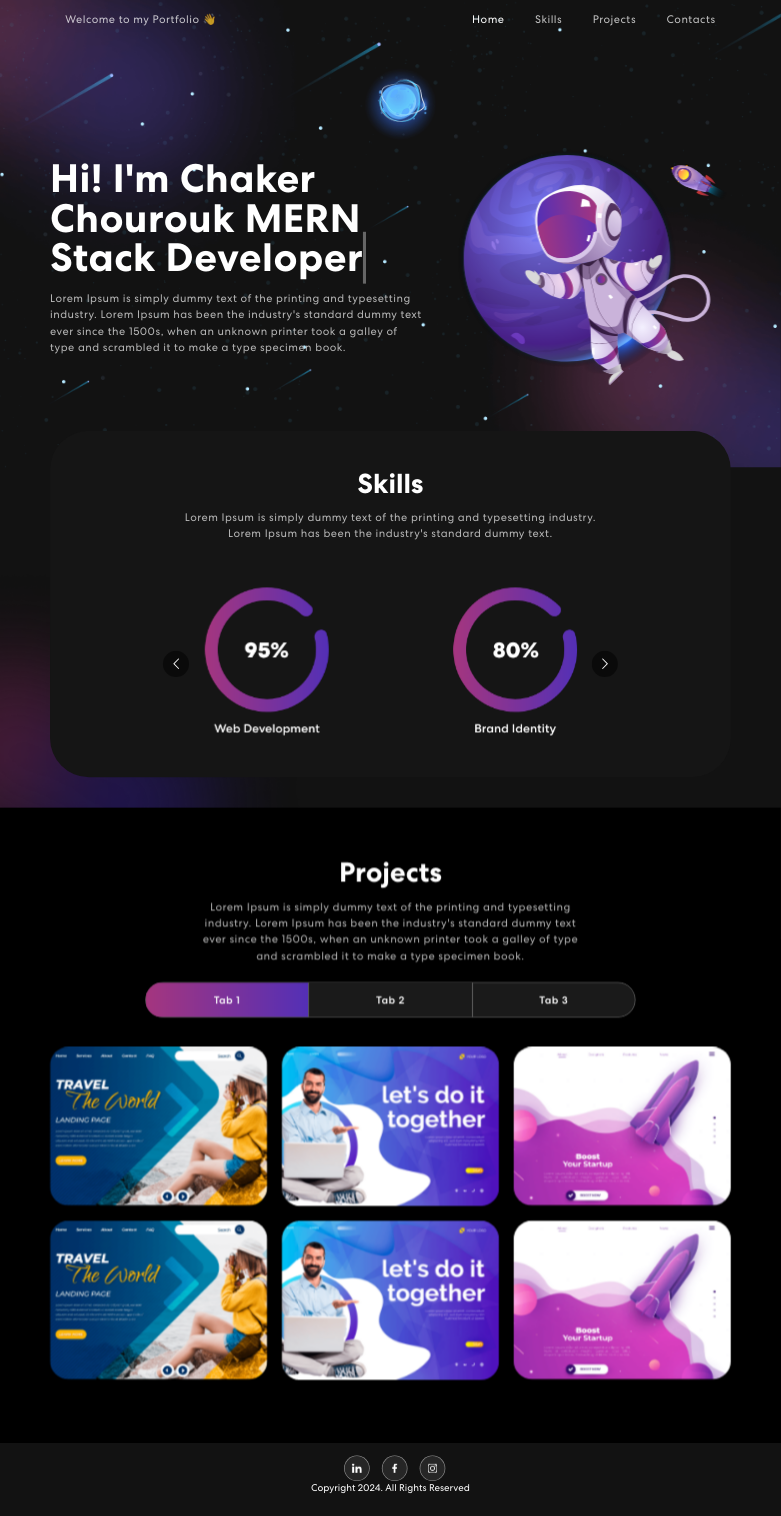
Repository: ChakerChourouk/personal-portfolio
Page: /
The author's editor kept a copy of each file at every save. The page is drawn from the files as they stood at one save, then again after the next save.
The browser window is 1280 px wide. The pictures show the whole page, at 61% of full size.
The project was rebuilt for these pictures with package versions that can differ from the ones it lists, and the page was loaded fresh each time. Imported but missing from the stored project, and not drawn on this page: src/components/Contact.

Above is the page before, as saved 2024-09-15 17:21:20.

### src/App.js
import logo from './logo.svg';
import './App.css';
import 'bootstrap/dist/css/bootstrap.min.css';
import { NavBar } from "./components/NavBar";
import { Banner } from "./components/Banner";
import { Skills } from "./components/Skills";
import { Projects } from "./components/Projects";
import { Contact } from "./components/Contact";
import { Footer } from "./components/Footer";

function App() {
  return (
    <div className="App">
      <NavBar />
      <Banner />
      <Skills />
      <Projects />
      <Footer />
    </div>
  );
}

export default App;

### src/App.css
/************ Custom Font ************/
@font-face {
	font-family: Centra;
	src: url('./assets/font/CentraNo2-Bold.ttf');
	font-weight: 700;
}
@font-face {
	font-family: Centra;
	src: url('./assets/font/CentraNo2-Medium.ttf');
	font-weight: 500;
}
@font-face {
	font-family: Centra;
	src: url('./assets/font/CentraNo2-Book.ttf');
	font-weight: 400;
}

/************ Default Css ************/
* {
  margin: 0;
  padding: 0;
  box-sizing: border-box;
}

html {
  scroll-behavior: smooth;
  scroll-padding-top: 75px;
}

body {
  font-weight: 400;
  overflow-x: hidden;
  position: relative;
  background-color: #121212 !important;
  color: #fff !important;
  font-family: 'Centra', sans-serif !important;
}

h1, h2, h3, h4, h5, h6 {
  margin: 0;
  padding: 0;
  line-height: normal;
}

p, a, li, button, ul {
  margin: 0;
  padding: 0;
  line-height: normal;
  text-decoration: none;
}

a:hover {
  text-decoration: none;
}

img {
  width: 100%;
  height: auto;
}

button {
  border: 0;
  background-color: transparent;
}

input:focus, textarea:focus, select:focus {
  outline: none;
}

@media (min-width:1700px) {
	main .container {
		max-width: 100%;
		padding: 0 150px;
	}
}

p.success {
	color: green;
}

p.danger {
	color: red;
}
/************ Navbar Css ************/
nav.navbar {
  padding: 18px 0;
  position: fixed;
  width: 100%;
  top: 0;
  z-index: 9999;
  transition:  0.32s ease-in-out;
}
nav.navbar.scrolled {
  padding: 0px 0;
  background-color: #121212;
}
nav.navbar a.navbar-brand {
    width: 9%;
}
nav.navbar .navbar-nav .nav-link.navbar-link {
  font-weight: 400;
  color: #fff !important;
  letter-spacing: 0.8px;
  padding: 0 25px;
  font-size: 18px;
  opacity: 0.75;
}
nav.navbar .navbar-nav a.nav-link.navbar-link:hover,
nav.navbar .navbar-nav a.nav-link.navbar-link.active {
    opacity: 1;
}
span.navbar-text {
    display: flex;
    align-items: center;
}
.social-icon {
    display: inline-block;
    margin-left: 14px;
}
.social-icon a {
    width: 42px;
    height: 42px;
    background: rgba(217, 217, 217, 0.1);
    display: inline-flex;
    border-radius: 50%;
    margin-right: 6px;
    align-items: center;
    justify-content: center;
    line-height: 1;
    border: 1px solid rgba(255, 255, 255, 0.5);
}
.social-icon a::before {
    content: "";
    width: 42px;
    height: 42px;
    position: absolute;
    background-color: #ffffff;
    border-radius: 50%;
    transform: scale(0);
	transition: 0.3s ease-in-out;
}
.social-icon a:hover::before {
    transform: scale(1);
}
.social-icon a img {
	width: 40%;
	z-index: 1;
	transition: 0.3s ease-in-out;
}
.social-icon a:hover img {
	filter: brightness(0) saturate(100%) invert(0%) sepia(7%) saturate(98%) hue-rotate(346deg) brightness(95%) contrast(86%);
}
.navbar-text button {
  font-weight: 700;
  color: #fff;
  border: 1px solid #fff;
  padding: 18px 34px;
  font-size: 18px;
  margin-left: 18px;
	position: relative;
	background-color: transparent;
	transition: 0.3s ease-in-out;
}
.navbar-text button span {
  z-index: 1;
}
.navbar-text button::before {
  content: "";
  width: 0%;
  height: 100%;
  position: absolute;
  background-color: #fff;
  left: 0;
  top: 0;
  z-index: -1;
  transition: 0.3s ease-in-out;
}
.navbar-text button:hover {
  color: #121212;
}
.navbar-text button:hover::before {
	content: "";
	width: 100%;
	height: 100%;
	position: absolute;
}
nav.navbar .navbar-toggler:active,
nav.navbar .navbar-toggler:focus {
	outline: none;
    box-shadow: none;
}
nav.navbar .navbar-toggler-icon {
  width: 24px;
  height: 17px;
  background-image: none;
  position: relative;
  border-bottom: 2px solid #fff;
  transition: all 300ms linear;
  top: -2px;
}
nav.navbar .navbar-toggler-icon:focus {
	border-bottom: 2px solid #fff;
}
nav.navbar .navbar-toggler-icon:after,
nav.navbar .navbar-toggler-icon:before {
	width: 24px;
	position: absolute;
	height: 2px;
	background-color: #fff;
	top: 0;
	left: 0;
	content: '';
	z-index: 2;
	transition: all 300ms linear;
}
nav.navbar .navbar-toggler-icon:after {
	top: 8px;
}
nav.navbar .navbar-toggler[aria-expanded="true"] .navbar-toggler-icon:after {
	transform: rotate(45deg);
	background-color: #fff;
	height: 2px;
}
nav.navbar .navbar-toggler[aria-expanded="true"] .navbar-toggler-icon:before {
	transform: translateY(8px) rotate(-45deg);
	background-color: #fff;
	height: 2px;
}
nav.navbar .navbar-toggler[aria-expanded="true"] .navbar-toggler-icon {
	border-color: transparent;
}

/************ Banner Css ************/
.banner {
  margin-top: 0;
  padding: 260px 0 100px 0;
  background-image: url('./assets/img/banner-bg.png');
  background-position: top center;
  background-size: cover;
  background-repeat: no-repeat;
}
.banner .tagline {
  font-weight: 700;
  letter-spacing: 0.8px;
  padding: 8px 10px;
  background: linear-gradient(90.21deg, rgba(170, 54, 124, 0.5) -5.91%, rgba(74, 47, 189, 0.5) 111.58%);
  border: 1px solid rgba(255, 255, 255, 0.5);
  font-size: 20px;
  margin-bottom: 16px;
  display: inline-block;
}
.banner h1 {
  font-size: 65px;
  font-weight: 700;
  letter-spacing: 0.8px;
  line-height: 1;
  margin-bottom: 20px;
  display: block;
}
.banner p {
  color: #B8B8B8;
  font-size: 18px;
  letter-spacing: 0.8px;
  line-height: 1.5em;
  width: 96%;
}
.banner button {
  color: #fff;
  font-weight: 700;
  font-size: 20px;
  margin-top: 60px;
  letter-spacing: 0.8px;
  display: flex;
  align-items: center;
}
.banner button svg {
  font-size: 25px;
  margin-left: 10px;
  transition: 0.3s ease-in-out;
  line-height: 1;
}
.banner button:hover svg {
  margin-left: 25px;
}
.banner img {
  animation: updown 3s linear infinite;
}
@keyframes updown {
    0% {
        transform: translateY(-20px);
    }
    50% {
        transform: translateY(20px);
    }
    100% {
        transform: translateY(-20px);
    }
}
.txt-rotate > .wrap {
  border-right: 0.08em solid #666;
}

/************ Skills Css ************/
.skill {
  padding: 0 0 50px 0;
  position: relative;
}
.skill-bx {
  background: #151515;
  border-radius: 64px;
  text-align: center;
  padding: 60px 50px;
  margin-top: -60px;
}
.skill h2 {
	font-size: 45px;
	font-weight: 700;
}
.skill p {
    color: #B8B8B8;
    font-size: 18px;
    letter-spacing: 0.8px;
    line-height: 1.5em;
    margin: 14px 0 75px 0;
}
.skill-slider {
  width: 80%;
  margin: 0 auto;
  position: relative;
}
.skill-slider .item img {
  width: 50%;
  margin: 0 auto 15px auto;
}
.background-image-left {
  top: 28%;
  position: absolute;
  bottom: 0;
  width: 40%;
  z-index: -4;
}

/************ Projects Css ************/
.project {
  padding: 80px 0;
  position: relative;
  background-color: black;
}
.project h2 {
	font-size: 45px;
	font-weight: 700;
  text-align: center;
}
.project p {
  color: #B8B8B8;
  font-size: 18px;
  letter-spacing: 0.8px;
  line-height: 1.5em;
  margin: 14px auto 30px auto;
  text-align: center;
  width: 56%;
}
.project .nav.nav-pills {
  width: 72%;
  margin: 0 auto;
  border-radius: 50px;
  background-color: rgb(255 255 255 / 10%);
  overflow: hidden;
}
.project .nav.nav-pills .nav-item {
  width: 33.33333%;
}
.project .nav.nav-pills .nav-link {
  background-color: transparent;
  border-radius: 0;
  padding: 17px 0;
  color: #fff;
  width: 100%;
  font-size: 17px;
  letter-spacing: 0.8px;
  font-weight: 500;
  position: relative;
  transition: 0.3s ease-in-out;
  text-align: center;
  z-index: 0;
}
.project .nav.nav-pills .nav-link::before {
    content: "";
    position: absolute;
    width: 0;
    height: 100%;
    background: linear-gradient(90.21deg, #AA367C -5.91%, #4A2FBD 111.58%);
    top: 0;
    left: 0;
    z-index: -1;
    transition: 0.3s ease-in-out;
}
.project .nav.nav-pills .nav-link.active::before {
    width: 100% !important;
}
.project .nav.nav-pills .nav-link.active {
    border: 1px solid rgba(255, 255, 255, 1);
}
.nav-link#projects-tabs-tab-first {
  border: 1px solid rgba(255, 255, 255, 0.5);
  border-radius: 55px 0px 0px 55px;
}
.nav-link#projects-tabs-tab-second {
  border-top: 1px solid rgba(255, 255, 255, 0.5);
  border-bottom: 1px solid rgba(255, 255, 255, 0.5);
}
.nav-link#projects-tabs-tab-third {
  border: 1px solid rgba(255, 255, 255, 0.5);
  border-radius: 0 55px 55px 0;
}
.proj-imgbx {
  position: relative;
  border-radius: 30px;
  overflow: hidden;
  margin-bottom: 24px;
}
.proj-imgbx::before {
  content: "";
  background: linear-gradient(90.21deg, #AA367C -5.91%, #4A2FBD 111.58%);
  opacity: 0.85;
  position: absolute;
  width: 100%;
  height: 0;
  transition: 0.4s ease-in-out;
}
.proj-imgbx:hover::before {
  height: 100%;
}
.proj-txtx {
  position: absolute;
  text-align: center;
  top: 65%;
  left: 50%;
  transform: translate(-50%, -50%);
  transition: 0.5s ease-in-out;
  opacity: 0;
  width: 100%;
}
.proj-imgbx:hover .proj-txtx {
  top: 50%;
  opacity: 1;
}
.proj-txtx h4 {
  font-size: 30px;
  font-weight: 700;
  letter-spacing: 0.8px;
  line-height: 1.1em;
}
.proj-txtx span {
  font-style: italic;
  font-weight: 400;
  font-size: 15px;
  letter-spacing: 0.8px;
}
.background-image-right {
  top: 20%;
  position: absolute;
  bottom: 0;
  width: 35%;
  right: 0;
  z-index: -4;
}

/************ Projects Css ************/
.contact {
  background: linear-gradient(90.21deg, #AA367C -5.91%, #4A2FBD 111.58%);
  padding: 60px 0 200px 0;
}
.contact img {
  width: 92%;
}
.contact h2 {
	font-size: 45px;
	font-weight: 700;
  margin-bottom: 30px;
}
.contact form input, .contact form textarea {
  width: 100%;
  background: rgba(255, 255, 255, 0.1);
  border: 1px solid rgba(255, 255, 255, 0.5);
  border-radius: 20px;
  color: #fff;
  margin: 0 0 8px 0;
  padding: 18px 26px;
  font-weight: 500;
  font-size: 18px;
  letter-spacing: 0.8px;
  transition: 0.3s ease-in-out;
}
.contact form input:focus, .contact form textarea:focus {
  background: rgba(255, 255, 255, 1);
  color: #121212;
}
.contact form input::placeholder, .contact form textarea::placeholder {
  font-size: 16px;
  font-weight: 400;
  color: #fff;
}
.contact form input:focus::placeholder, .contact form textarea:focus::placeholder {
  color: #121212;
  opacity: 0.8;
}
.contact form button {
  font-weight: 700;
  color: #000;
  background-color: #fff;
  padding: 14px 48px;
  font-size: 18px;
  margin-top: 25px;
  border-radius: 0;
  position: relative;
  transition: 0.3s ease-in-out;
}
.contact form button span {
  z-index: 1;
  position: relative;
}
.contact form button:hover {
  color: #fff;
}
.contact form button::before {
  content: "";
  background: #121212;
  width: 0;
  height: 100%;
  position: absolute;
  top: 0;
  left: 0;
  z-index: 0;
  transition: 0.3s ease-in-out;
}
.contact form button:hover::before {
  width: 100%;
}

/************ Footer Css ************/

.footer {
  padding: 20px 0;
}

.social-icon a {
  margin: 0 10px;
}

.text-center {
  display: flex;
  flex-direction: column;
  align-items: center;
  justify-content: center;
}


.welcome {
    font-weight: 400;
    color: #fff !important;
    letter-spacing: 0.8px;
    padding: 0 25px;
    font-size: 18px;
    opacity: 0.75;
}

### src/components/NavBar.js
import { useState, useEffect } from "react";
import { Navbar, Nav, Container } from "react-bootstrap";
import {
  BrowserRouter as Router
} from "react-router-dom";

export const NavBar = () => {

  const [activeLink, setActiveLink] = useState('home');
  const [scrolled, setScrolled] = useState(false);

  useEffect(() => {
    const onScroll = () => {
      if (window.scrollY > 50) {
        setScrolled(true);
      } else {
        setScrolled(false);
      }
    }

    window.addEventListener("scroll", onScroll);

    return () => window.removeEventListener("scroll", onScroll);
  }, [])

  const onUpdateActiveLink = (value) => {
    setActiveLink(value);
  }

  return (
    <Router>
      <Navbar expand="md" className={scrolled ? "scrolled" : ""}>
        <Container>
         {/* <Navbar.Brand href="/">
            <img src={logo} alt="Logo" />
          </Navbar.Brand>*/}
          <span className="welcome">Welcome to my Portfolio<span role="img" aria-label="waving hand"> 👋</span> </span>
          <Navbar.Toggle aria-controls="basic-navbar-nav">
            <span className="navbar-toggler-icon"></span>
          </Navbar.Toggle>
          <Navbar.Collapse id="basic-navbar-nav">
            <Nav className="ms-auto">
              <Nav.Link href="#home" className={activeLink === 'home' ? 'active navbar-link' : 'navbar-link'} onClick={() => onUpdateActiveLink('home')}>Home</Nav.Link>
              <Nav.Link href="#skills" className={activeLink === 'skills' ? 'active navbar-link' : 'navbar-link'} onClick={() => onUpdateActiveLink('skills')}>Skills</Nav.Link>
              <Nav.Link href="#projects" className={activeLink === 'projects' ? 'active navbar-link' : 'navbar-link'} onClick={() => onUpdateActiveLink('projects')}>Projects</Nav.Link>
              <Nav.Link href="#contacts" className={activeLink === 'contacts' ? 'active navbar-link' : 'navbar-link'} onClick={() => onUpdateActiveLink('projects')}>Contacts</Nav.Link>
            </Nav>
            {/*<span className="navbar-text">
              <div className="social-icon">
                <a href="#"><img src={navIcon1} alt="" /></a>
                <a href="#"><img src={navIcon2} alt="" /></a>
                <a href="#"><img src={navIcon3} alt="" /></a>
              </div>
            </span>*/}
          </Navbar.Collapse>
        </Container>
      </Navbar>
    </Router>
  )
}

### src/components/Banner.js
import { useState, useEffect } from "react";
import { Container, Row, Col } from "react-bootstrap";
import headerImg from "../assets/img/header-img.svg";
import { ArrowRightCircle } from 'react-bootstrap-icons';
import 'animate.css';
import TrackVisibility from 'react-on-screen';

export const Banner = () => {
  const [loopNum, setLoopNum] = useState(0);
  const [isDeleting, setIsDeleting] = useState(false);
  const [text, setText] = useState('');
  const [delta, setDelta] = useState(300 - Math.random() * 100);
  const [index, setIndex] = useState(1);
  const toRotate = [ "MERN Stack Developer", "Web Designer", "UI/UX Designer" ];
  const period = 2000;

  useEffect(() => {
    let ticker = setInterval(() => {
      tick();
    }, delta);

    return () => { clearInterval(ticker) };
  }, [text])

  const tick = () => {
    let i = loopNum % toRotate.length;
    let fullText = toRotate[i];
    let updatedText = isDeleting ? fullText.substring(0, text.length - 1) : fullText.substring(0, text.length + 1);

    setText(updatedText);

    if (isDeleting) {
      setDelta(prevDelta => prevDelta / 2);
    }

    if (!isDeleting && updatedText === fullText) {
      setIsDeleting(true);
      setIndex(prevIndex => prevIndex - 1);
      setDelta(period);
    } else if (isDeleting && updatedText === '') {
      setIsDeleting(false);
      setLoopNum(loopNum + 1);
      setIndex(1);
      setDelta(500);
    } else {
      setIndex(prevIndex => prevIndex + 1);
    }
  }

  return (
    <section className="banner" id="home">
      <Container>
        <Row className="aligh-items-center">
          <Col xs={12} md={6} xl={7}>
            <TrackVisibility>
              {({ isVisible }) =>
              <div className={isVisible ? "animate__animated animate__fadeIn" : ""}>
                <h1>{`Hi! I'm Chaker Chourouk`} <span className="txt-rotate" dataPeriod="1000" data-rotate='[ "MERN Stack Developer", "Web Designer", "UI/UX Designer" ]'><span className="wrap">{text}</span></span></h1>
                  <p>Lorem Ipsum is simply dummy text of the printing and typesetting industry. Lorem Ipsum has been the industry's standard dummy text ever since the 1500s, when an unknown printer took a galley of type and scrambled it to make a type specimen book.</p>
              </div>}
            </TrackVisibility>
          </Col>
          <Col xs={12} md={6} xl={5}>
            <TrackVisibility>
              {({ isVisible }) =>
                <div className={isVisible ? "animate__animated animate__zoomIn" : ""}>
                  <img src={headerImg} alt="Header Img"/>
                </div>}
            </TrackVisibility>
          </Col>
        </Row>
      </Container>
    </section>
  )
}

### src/components/Skills.js
import meter1 from "../assets/img/meter1.svg";
import meter2 from "../assets/img/meter2.svg";
import meter3 from "../assets/img/meter3.svg";
import Carousel from 'react-multi-carousel';
import 'react-multi-carousel/lib/styles.css';
import arrow1 from "../assets/img/arrow1.svg";
import arrow2 from "../assets/img/arrow2.svg";
import colorSharp from "../assets/img/color-sharp.png"

export const Skills = () => {
  const responsive = {
    superLargeDesktop: {
      // the naming can be any, depends on you.
      breakpoint: { max: 4000, min: 3000 },
      items: 5
    },
    desktop: {
      breakpoint: { max: 3000, min: 1024 },
      items: 3
    },
    tablet: {
      breakpoint: { max: 1024, min: 464 },
      items: 2
    },
    mobile: {
      breakpoint: { max: 464, min: 0 },
      items: 1
    }
  };

  return (
    <section className="skill" id="skills">
        <div className="container">
            <div className="row">
                <div className="col-12">
                    <div className="skill-bx wow zoomIn">
                        <h2>Skills</h2>
                        <p>Lorem Ipsum is simply dummy text of the printing and typesetting industry.<br></br> Lorem Ipsum has been the industry's standard dummy text.</p>
                        <Carousel responsive={responsive} infinite={true} className="owl-carousel owl-theme skill-slider">
                            <div className="item">
                                <img src={meter1} alt="Image" />
                                <h5>Web Development</h5>
                            </div>
                            <div className="item">
                                <img src={meter2} alt="Image" />
                                <h5>Brand Identity</h5>
                            </div>
                            <div className="item">
                                <img src={meter3} alt="Image" />
                                <h5>Logo Design</h5>
                            </div>
                            <div className="item">
                                <img src={meter1} alt="Image" />
                                <h5>Web Development</h5>
                            </div>
                        </Carousel>
                    </div>
                </div>
            </div>
        </div>
        <img className="background-image-left" src={colorSharp} alt="Image" />
    </section>
  )
}

### src/components/Footer.js
import { Container, Row, Col } from "react-bootstrap";
import logo from "../assets/img/logo.svg";
import navIcon1 from "../assets/img/nav-icon1.svg";
import navIcon2 from "../assets/img/nav-icon2.svg";
import navIcon3 from "../assets/img/nav-icon3.svg";

export const Footer = () => {
  return (
    <footer className="footer">
      <Container>
        <Row className="align-items-center justify-content-center">
          <Col size={12} sm={6} className="text-center">
            <div className="social-icon">
              <a href="#"><img src={navIcon1} alt="Icon" /></a>
              <a href="#"><img src={navIcon2} alt="Icon" /></a>
              <a href="#"><img src={navIcon3} alt="Icon" /></a>
            </div>
            <p>Copyright 2024. All Rights Reserved</p>
          </Col>
        </Row>
      </Container>
    </footer>
  );
};

Loaded but not shown: public/index.html (common file); src/index.js (common file); src/index.css (common file); src/reportWebVitals.js (common file); src/components/ProjectCard.js (common file); src/components/Projects.js (98 lines, source omitted)

After the next save:
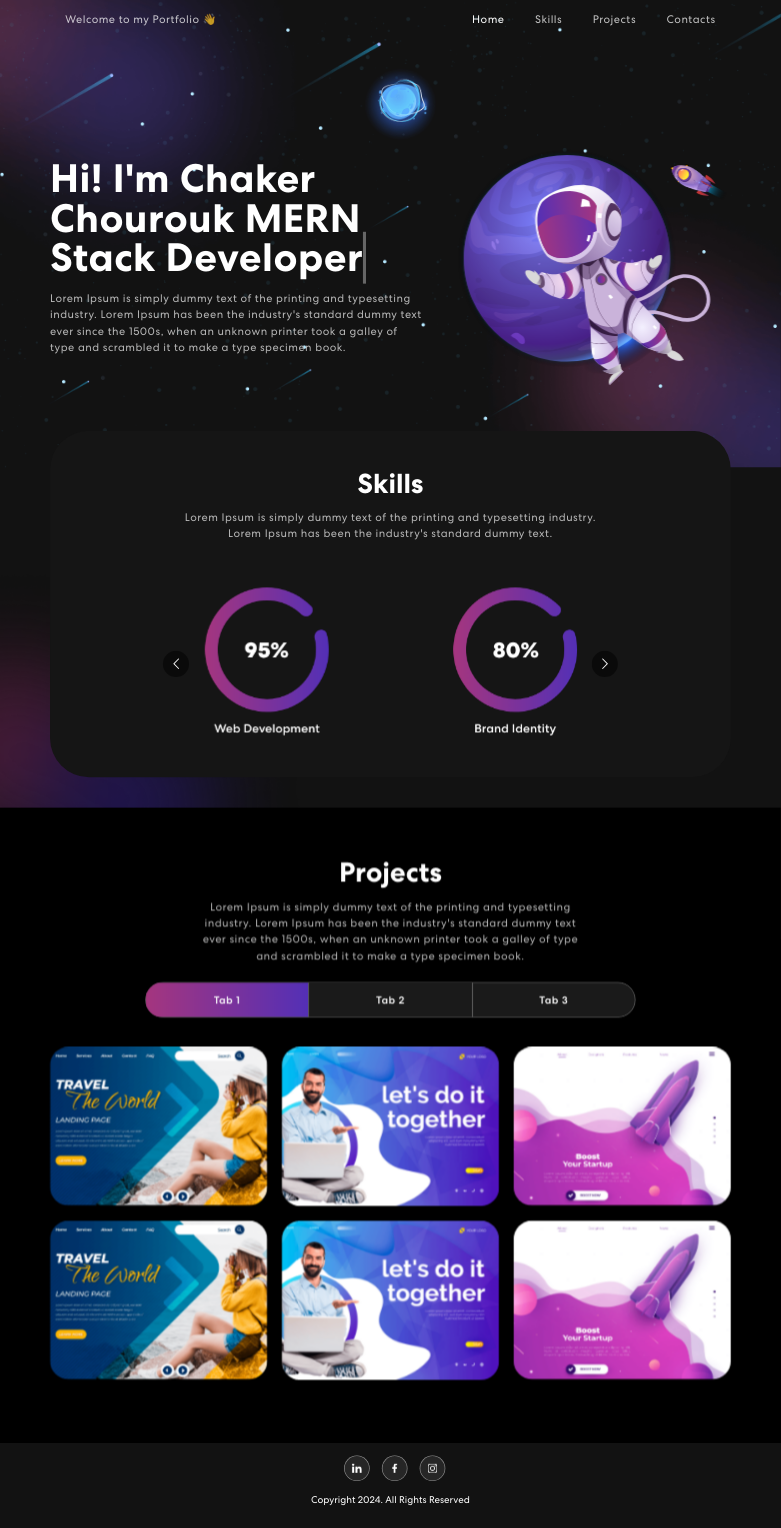
Saved 80 s later.
--- a/src/App.css
+++ b/src/App.css
@@ -548,11 +548,9 @@ nav.navbar .navbar-toggler[aria-expanded="true"] .navbar-toggler-icon {
   margin: 0 10px;
 }
 
-.text-center {
-  display: flex;
-  flex-direction: column;
-  align-items: center;
-  justify-content: center;
+/* Add margin to create space between icons and the text */
+.text-center p {
+  margin-top: 20px; /* Adjust the value for more or less space */
 }
 
 
